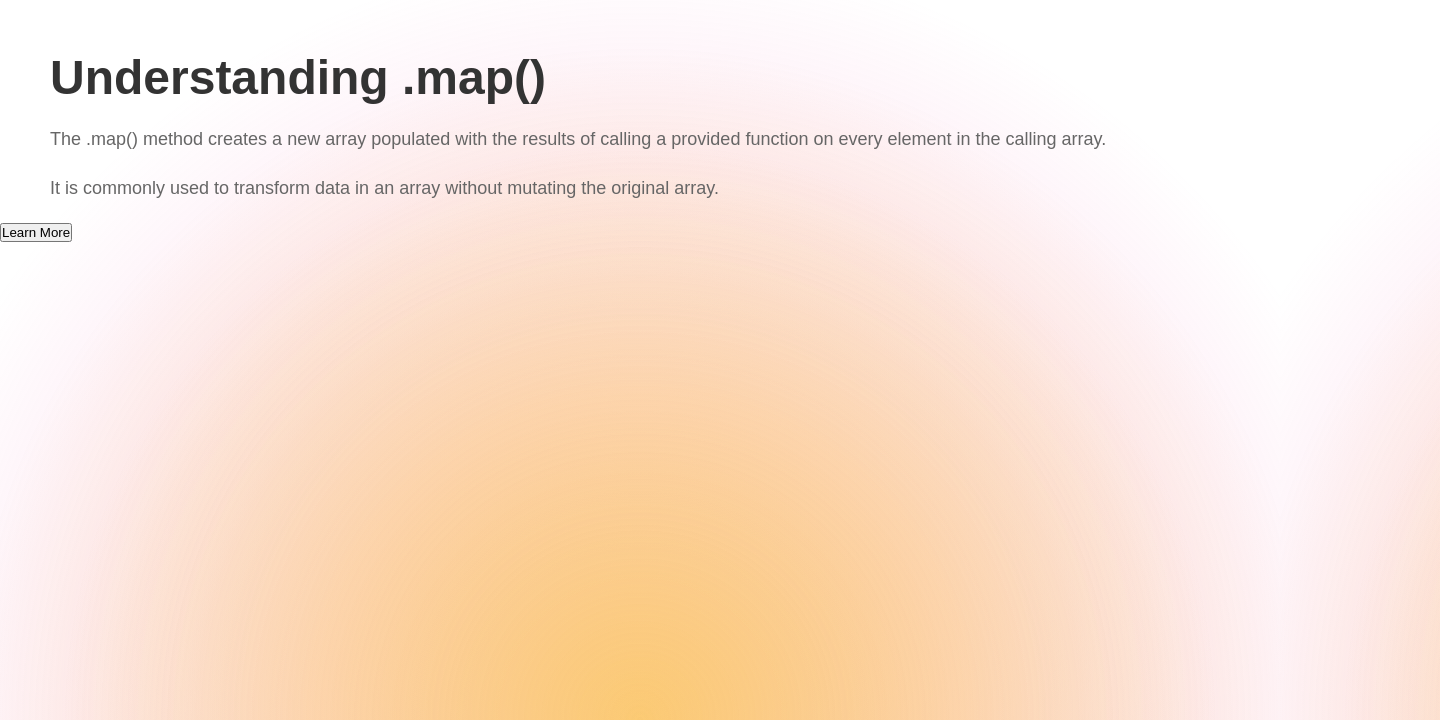
Repository: neelpatel6262/task-manager
Page: index.html
These files come from the project's save history. The page is drawn as it stood at one moment and after the next save; the edit follows.
The browser window is 1280 px wide. The page is 1440 px wide, so the pictures cover 1440 px, including what lies to the right of the window. The pictures show the whole page.
Some web fonts or font styles are not loaded; a fallback is used. Some web libraries are served in a nearby version.

Above is the page before, as saved 2025-08-25 14:09:41.

After the next save:
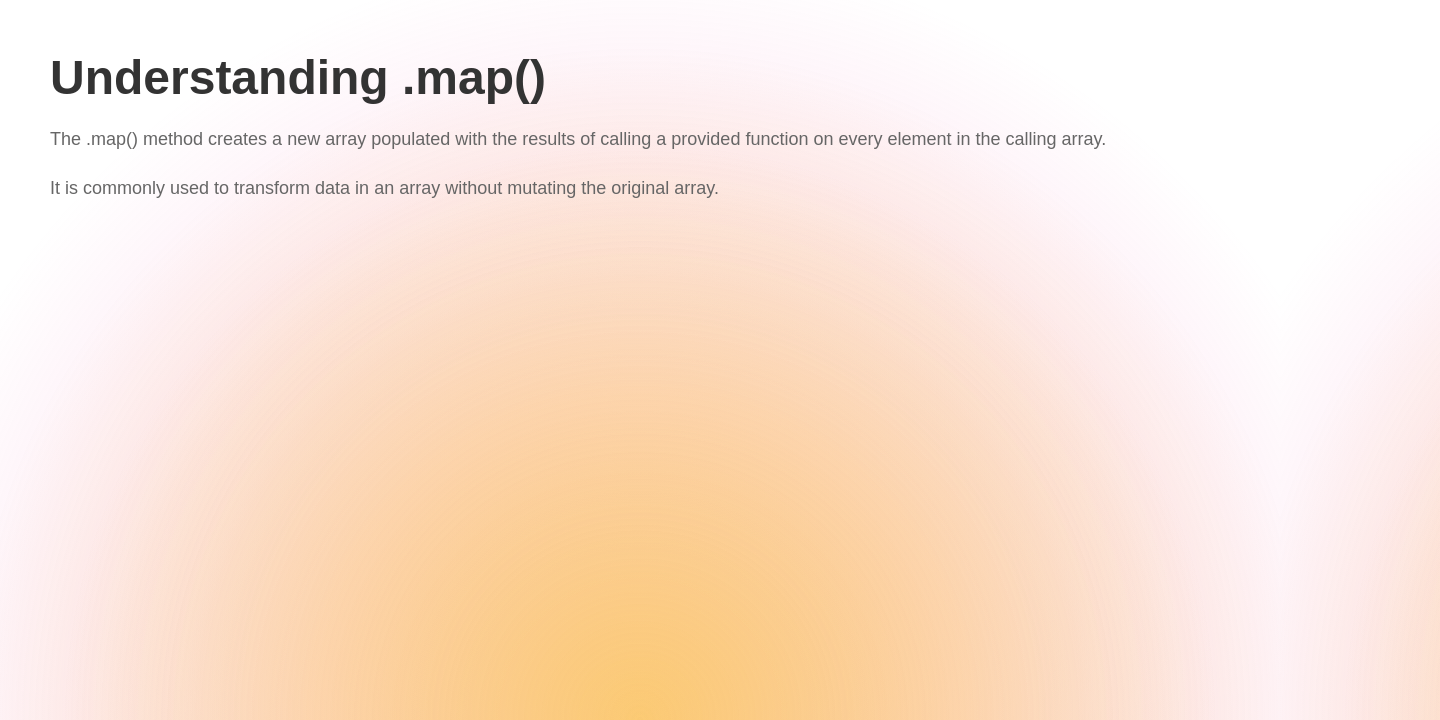
Saved 97 min 34 s later.
--- a/index.html
+++ b/index.html
@@ -66,7 +66,7 @@ function collectRest(...args) {
   <h1>Understanding .map()</h1>
   <p>The <code>.map()</code> method creates a new array populated with the results of calling a provided function on every element in the calling array.</p>
   <p>It is commonly used to transform data in an array without mutating the original array.</p>
-  <button id="mapButton">Learn More</button>
+
 
 </body>
 
